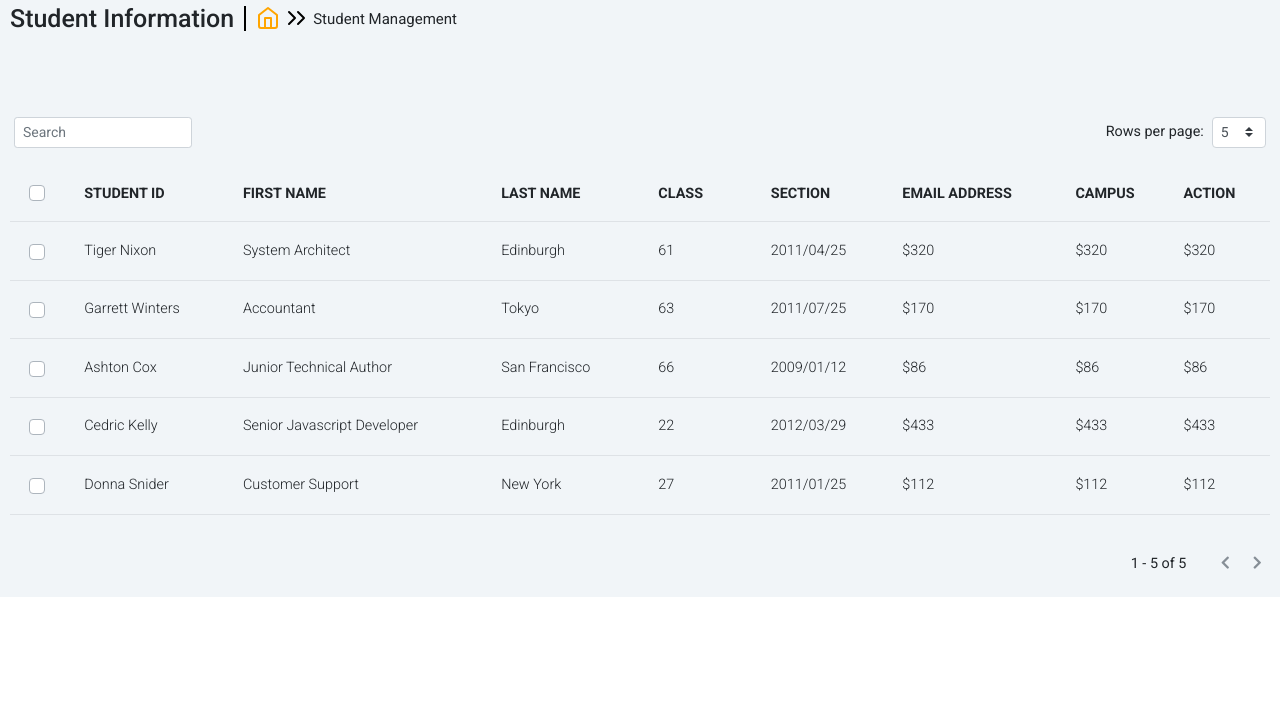
Repository: deepakrajput1998/hestabit_assignment
Page: /
These files come from the project's save history. The page is drawn as it stood at one moment and after the next save; the edit follows.
The browser window is 1280 px wide. The page is 1285 px wide, so the pictures cover 1285 px, including what lies to the right of the window. The pictures show the whole page.
The project was rebuilt for these pictures with package versions that can differ from the ones it lists, and the page was loaded fresh each time.

Above is the page before, as saved 2021-07-25 03:34:02.

### src/index.js
import React from 'react';
import ReactDOM from 'react-dom';
import './index.css';
import App from './App';
import reportWebVitals from './reportWebVitals';
import "@fortawesome/fontawesome-free/css/all.min.css";
import "bootstrap-css-only/css/bootstrap.min.css";
import "mdbreact/dist/css/mdb.css";
ReactDOM.render(
  <React.StrictMode>
    <App />
  </React.StrictMode>,
  document.getElementById('root')
);

// If you want to start measuring performance in your app, pass a function
// to log results (for example: reportWebVitals(console.log))
// or send to an analytics endpoint. Learn more: https://bit.ly/CRA-vitals
reportWebVitals();

### src/Pages/StudentListing/StudentListing.js
import React from 'react'
import classes from "./StudentListing.module.css";
import {Home ,ChevronRight} from 'react-feather'
import DataTable from '../../Component/Common/DataTable/DataTable';
const StudentListing = () => {
    return (
      <div>
        <div className={classes.StudentListing_header} >
          <span className={classes.StudentListing_title}>
            Student Information
          </span>
          <div className={classes.StudentListing_seprator}></div>
          <span style={{ marginTop: "5px" }}>
            {" "}
            <Home color="orange" />
          </span>
          <span style={{ marginTop: "5px" }}>
            {" "}
            <ChevronRight color="black" />
            <ChevronRight style={{ marginLeft: "-15px" }} color="black" />
          </span>
          <span className={classes.StudentListing_title2}>
            Student Management
          </span>
        </div>
        <div className="">
          <DataTable/>
        </div>
      </div>
    );
}

export default StudentListing

### src/Pages/StudentListing/StudentListing.module.css
.StudentListing_title{
    font-size: 25px;
    font-weight: 500;
}
.StudentListing_title2{
    font-size: 15px;
    font-weight: 400;
     margin-block: auto;
}
.StudentListing_seprator{
    height: 25px;
    width:2px;
    background-color: black;
    margin-block: auto;
    margin-inline: 10px;
}
.StudentListing_header{
    display: flex;
    margin-bottom: 5%;
}

### src/Component/Common/DataTable/DataTable.js
import React from "react";
import { MDBDataTableV5 } from "mdbreact";

export default function DataTable() {
  const [datatable, setDatatable] = React.useState({
    columns: [
      {
        label: "STUDENT ID",
        field: "sid",
        width: 150,
        attributes: {
          "aria-controls": "DataTable",
          "aria-label": "Name",
        },
      },
      {
        label: "FIRST NAME",
        field: "fname",
        width: 270,
      },
      {
        label: "LAST NAME",
        field: "lname",
        width: 270,
      },
      {
        label: "CLASS",
        field: "class",
        width: 200,
      },
      {
        label: "SECTION",
        field: "section",
        sort: "asc",
        width: 100,
      },
      {
        label: "EMAIL ADDRESS",
        field: "email",
        sort: "disabled",
        width: 150,
      },
      {
        label: "CAMPUS",
        field: "campus",
        sort: "disabled",
        width: 100,
      },
      {
        label: "ACTION",
        field: "action",
        sort: "disabled",
        width: 100,
      },
    ],
    rows: [
      {
        sid: "Tiger Nixon",
        fname: "System Architect",
        lname: "Edinburgh",
        class: "61",
        section: "2011/04/25",
        email: "$320",
        campus: "$320",
        action: "$320",
      },
      {
        sid: "Garrett Winters",
        fname: "Accountant",
        lname: "Tokyo",
        class: "63",
        section: "2011/07/25",
        email: "$170",
        campus: "$170",
        action: "$170",
      },
      {
        sid: "Ashton Cox",
        fname: "Junior Technical Author",
        lname: "San Francisco",
        class: "66",
        section: "2009/01/12",
        email: "$86",
        campus: "$86",
        action: "$86",
      },
      {
        sid: "Cedric Kelly",
        fname: "Senior Javascript Developer",
        lname: "Edinburgh",
        class: "22",
        section: "2012/03/29",
        email: "$433",
        campus: "$433",
        action: "$433",
      },

      {
        sid: "Donna Snider",
        fname: "Customer Support",
        lname: "New York",
        class: "27",
        section: "2011/01/25",
        email: "$112",
        campus: "$112",
        action: "$112",
      },
    ],
  });
  const [checkbox1, setCheckbox1] = React.useState("");

  const showLogs2 = (e) => {
    setCheckbox1(e);
  };

  return (
    <>
      <MDBDataTableV5
        hover
        entriesOptions={[5, 20, 25]}
        entries={5}
        pagesAmount={4}
        data={datatable}
        checkbox
        headCheckboxID="id41"
        bodyCheckboxID="checkboxes41"
        getValueCheckboxes={(e) => {
          showLogs2(e);
        }}
        getValueAllCheckBoxes={(e) => {
          showLogs2(e);
        }}
        multipleCheckboxes
        filledCheckboxes
        pagingTop
        searchTop
        searchBottom={false}

      />
    </>
  );
}

Loaded but not shown: public/index.html (common file); src/index.css (common file); src/App.js (common file); src/reportWebVitals.js (common file); src/App.css (common file)

After the next save:
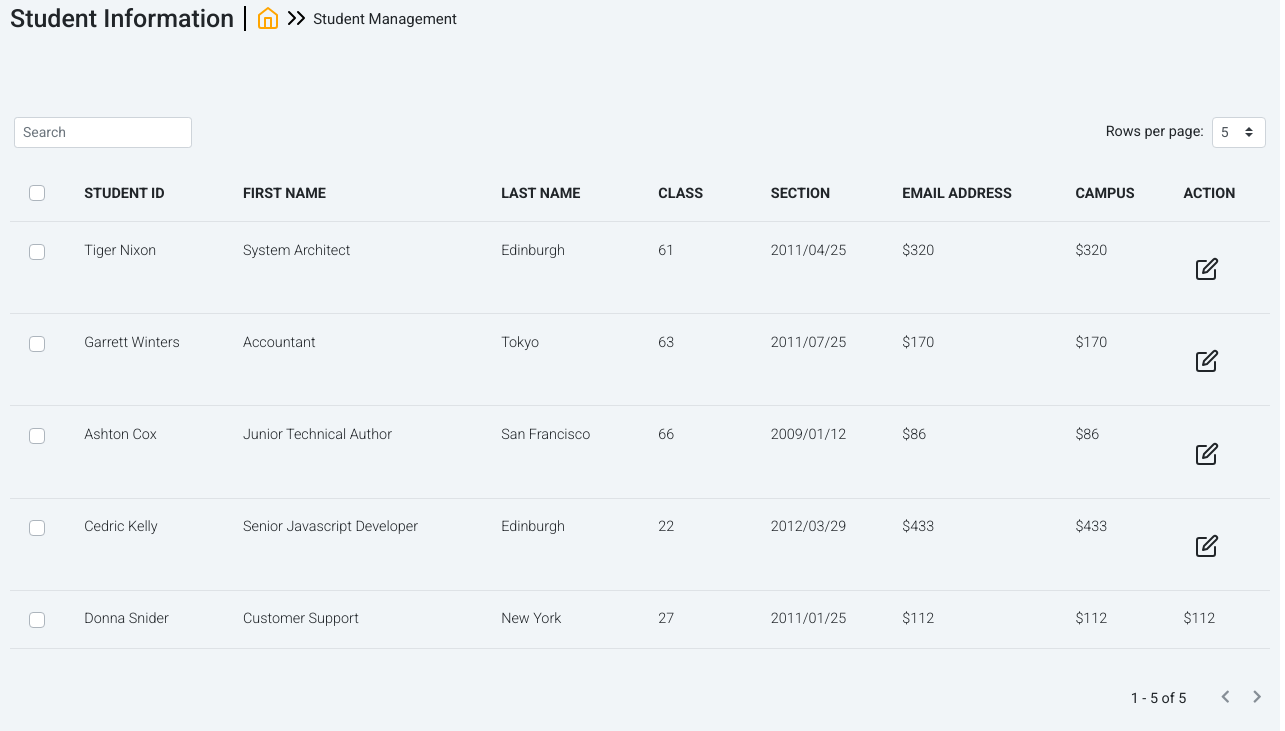
Saved 2 min 26 s later.
--- a/src/Component/Common/DataTable/DataTable.js
+++ b/src/Component/Common/DataTable/DataTable.js
@@ -1,5 +1,6 @@
 import React from "react";
 import { MDBDataTableV5 } from "mdbreact";
+import { Edit } from "react-feather";
 
 export default function DataTable() {
   const [datatable, setDatatable] = React.useState({
@@ -62,7 +63,7 @@ export default function DataTable() {
         section: "2011/04/25",
         email: "$320",
         campus: "$320",
-        action: "$320",
+        action: <td><Edit/></td>
       },
       {
         sid: "Garrett Winters",
@@ -72,7 +73,7 @@ export default function DataTable() {
         section: "2011/07/25",
         email: "$170",
         campus: "$170",
-        action: "$170",
+        action: <td><Edit/></td>
       },
       {
         sid: "Ashton Cox",
@@ -82,7 +83,7 @@ export default function DataTable() {
         section: "2009/01/12",
         email: "$86",
         campus: "$86",
-        action: "$86",
+        action: <td><Edit/></td>
       },
       {
         sid: "Cedric Kelly",
@@ -92,7 +93,7 @@ export default function DataTable() {
         section: "2012/03/29",
         email: "$433",
         campus: "$433",
-        action: "$433",
+        action: <td><Edit/></td>
       },
 
       {
